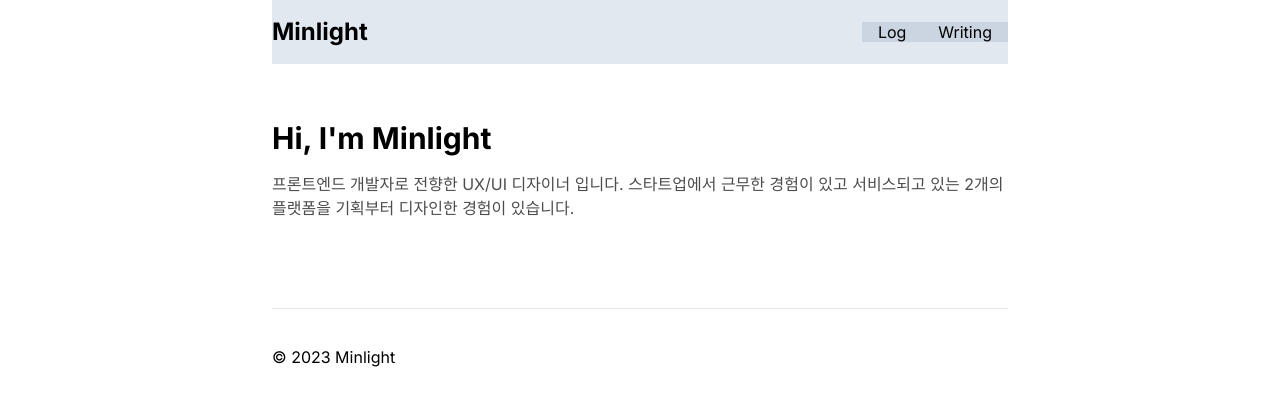
Repository: kwngmin/minlight-log
Page: /
The author's editor kept a copy of each file at every save. The page is drawn from the files as they stood at one save, then again after the next save.
The browser window is 1280 px wide. The pictures show the whole page.
The project was rebuilt for these pictures with package versions that can differ from the ones it lists, and the page was loaded fresh each time. The framework's server and built-in components were replaced by stand-ins that run in the browser. Also part of the build but not shown: next.config.js.

Above is the page before, as saved 2023-04-04 15:55:33.

After the next save:
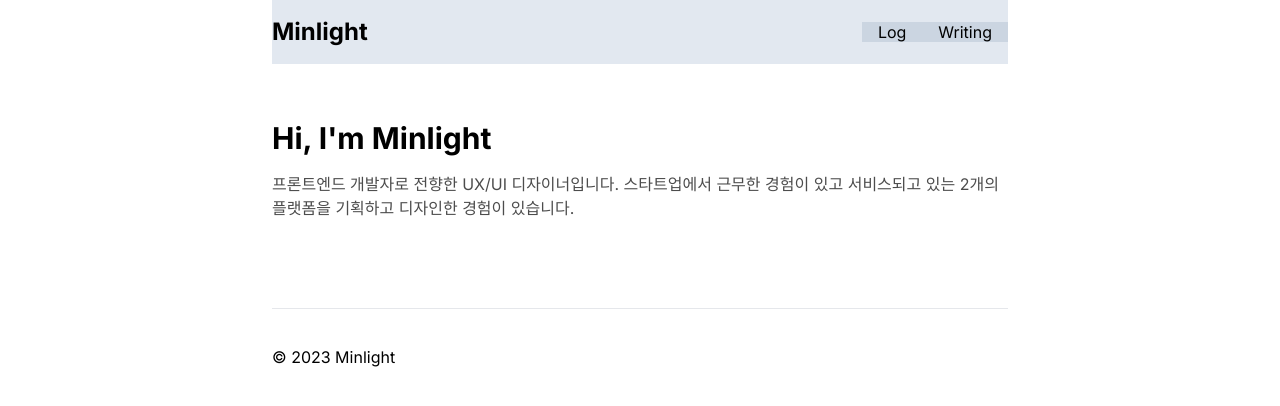
Saved 79 s later.
--- a/src/app/page.tsx
+++ b/src/app/page.tsx
@@ -2,8 +2,8 @@ import Title from "@/components/Title";
 
 const titleData = {
   title: `Hi, I'm Minlight`,
-  description: `프론트엔드 개발자로 전향한 UX/UI 디자이너 입니다. 스타트업에서 근무한
-경험이 있고 서비스되고 있는 2개의 플랫폼을 기획부터 디자인한 경험이
+  description: `프론트엔드 개발자로 전향한 UX/UI 디자이너입니다. 스타트업에서 근무한
+경험이 있고 서비스되고 있는 2개의 플랫폼을 기획하고 디자인한 경험이
 있습니다.`,
 };
 
